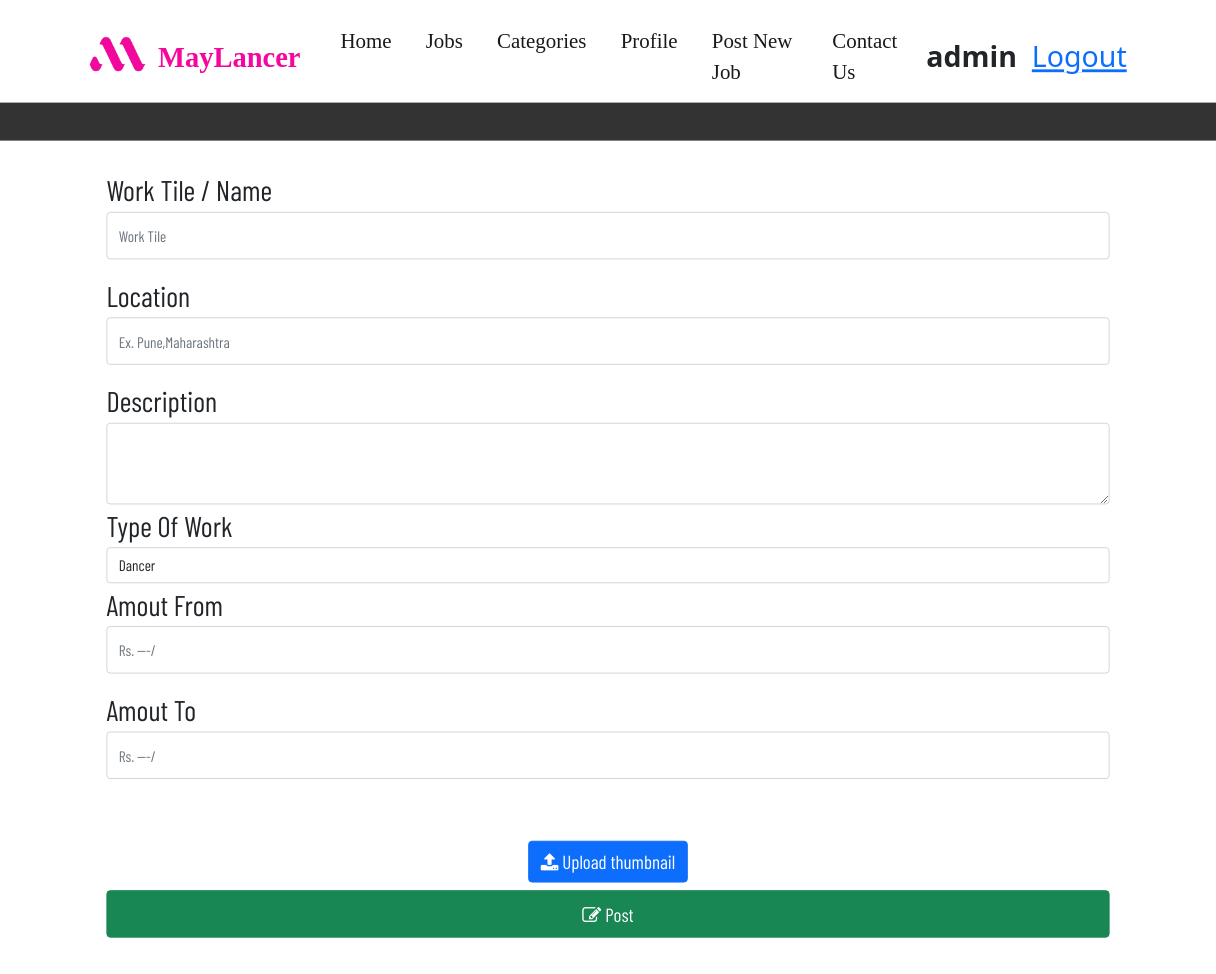
Repository: prathmesh2023/maylancers
Page: http://localhost/post_job
An editor plug-in stored every save of this project. The page is shown before and after the next save, followed by the edit.
The browser window is 1280 px wide. The pictures show the whole page, at 95% of full size.
Some web fonts or font styles are not loaded; a fallback is used. Some web libraries are served in a nearby version. The page is served by the project's application, run on Django 3.2 (manage.py). The first stored user is signed in. The page reads the database file committed with the project.

Above is the page before, as saved 2022-01-28 21:37:27.

After the next save:
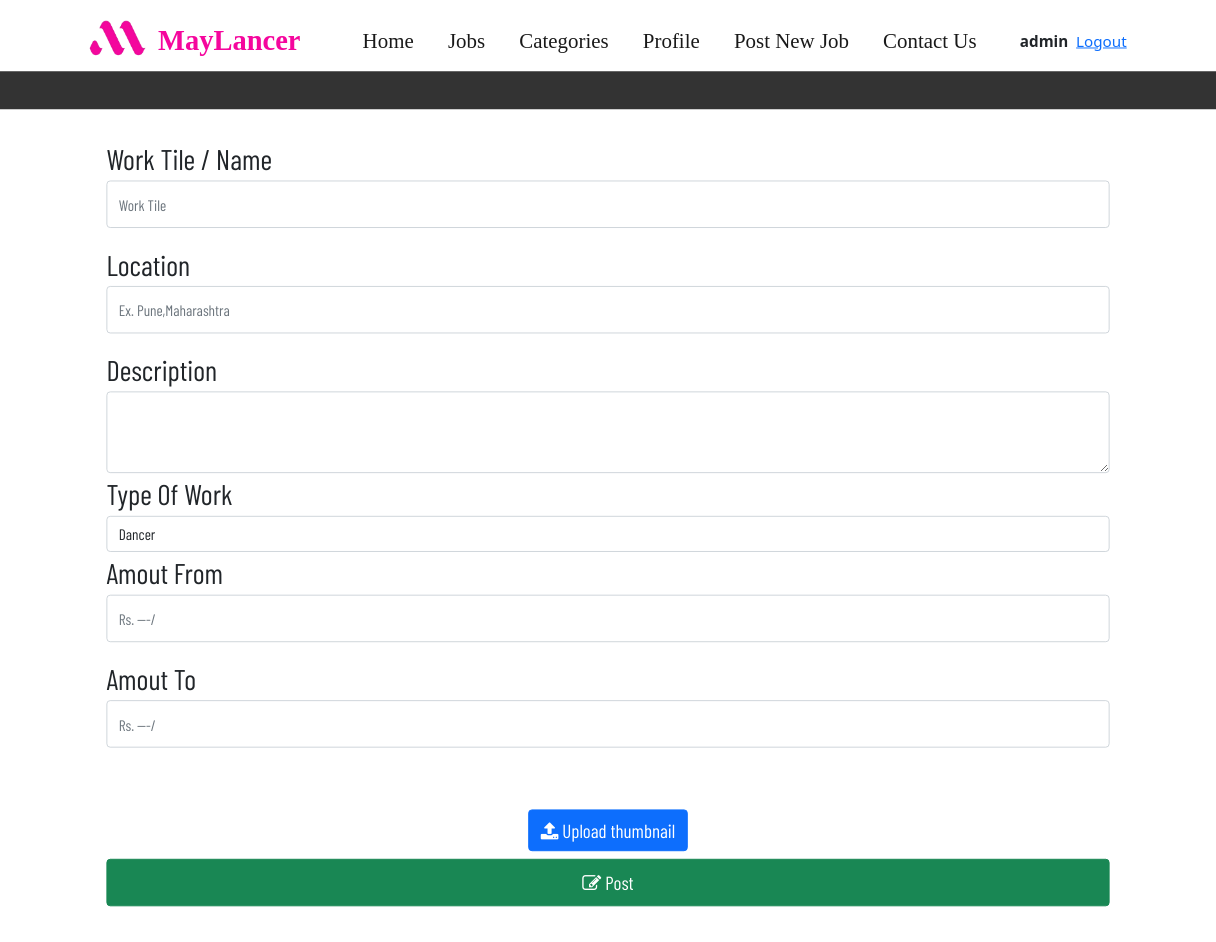
Saved 26 s later.
--- a/templates/postjob.html
+++ b/templates/postjob.html
@@ -62,7 +62,7 @@
 <style>
     <style>.form {}
 
-    body {
+    form {
         font-size: 30px;
     }
 
